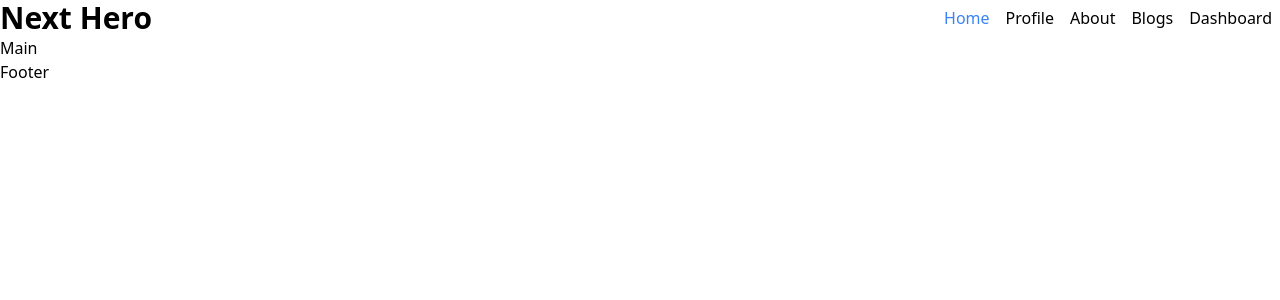
Repository: Wahid137/try-next-js
Page: /
The author's editor kept a copy of each file at every save. The page is drawn from the files as they stood at one save, then again after the next save.
The browser window is 1280 px wide. The pictures show the whole page.
The project was rebuilt for these pictures with package versions that can differ from the ones it lists, and the page was loaded fresh each time. The framework's server and built-in components were replaced by stand-ins that run in the browser. Also part of the build but not shown: next.config.js.

Above is the page before, as saved 2023-10-19 12:46:19.

### src/app/layout.js
import './globals.css'
import { Roboto } from 'next/font/google'

const roboto = Roboto({
  subsets: ['latin'],
  weight: ["100", "400", "500", "700"],
  variable: '--font-roboto'
})

export const metadata = {
  title: 'Try Next js',
  description: 'Try Next js',
}

const RootLayout = ({ children }) => {
  return (
    <html lang="en">
      <body className="{`${roboto.variable}`} font-roboto">

        {children}

      </body>
    </html>
  )
}

export default RootLayout;

### src/app/(with-layout)/layout.js
import Navbar from '@/components/Navbar';
import React from 'react';

const WithLayout = ({ children }) => {
    return (
        <div>
            <Navbar />
            {children}
            <footer>Footer</footer>
        </div>
    );
};

export default WithLayout;

### src/app/(with-layout)/page.js
import Image from 'next/image'

const HomePage = () => {
  return (
    <main>
      <h1>Main</h1>
    </main>
  )
}

export default HomePage;

### src/components/Navbar.jsx
import Link from "next/link";
import React from "react";
import NavLink from "./NavLink";
const navLinks = [
  {
    path: "/",
    title: "Home",
  },
  {
    path: "/profile",
    title: "Profile",
  },
  {
    path: "/about",
    title: "About",
  },
  {
    path: "/blogs",
    title: "Blogs",
  },
  {
    path: "/dashboard",
    title: "Dashboard",
  },
];

const Navbar = () => {
  return (
    <div>
      <nav className="flex items-center container mx-auto justify-between">
        <h1 className="text-3xl font-semibold">Next Hero</h1>
        <ul className="flex items-center justify-center">
          {navLinks.map(({ path, title }) => (
            <li className="mx-2" key={path}>
              <NavLink
                exact={path === "/"}
                activeClassName="text-blue-500"
                href={path}
              >
                {title}
              </NavLink>
            </li>
          ))}
        </ul>
      </nav>
    </div>
  );
};

export default Navbar;

### src/components/NavLink.jsx
"use client";

import classNames from "@/utils/classNames";
import Link from "next/link";
import { usePathname } from "next/navigation";
import React from "react";

const NavLink = ({
  children,
  exact = false,
  href,
  activeClassName,
  ...props
}) => {
  const path = usePathname();
  const active = exact ? path === href : path.startsWith(href);
  const classes = classNames(props.className, active && activeClassName);
  if (classes) {
    props.className = classes;
  }
  return (
    <Link href={href} {...props}>
      {children}
    </Link>
  );
};

export default NavLink;

### src/utils/classNames.js
const classNames = (...args) =>

    args.filter(Boolean).join(" ")




export default classNames;

### tailwind.config.js
/** @type {import('tailwindcss').Config} */
module.exports = {
  content: [
    './src/pages/**/*.{js,ts,jsx,tsx,mdx}',
    './src/components/**/*.{js,ts,jsx,tsx,mdx}',
    './src/app/**/*.{js,ts,jsx,tsx,mdx}',
  ],
  theme: {
    fontFamily: {
      roboto: "var(--font-roboto)",
    }
  },
  plugins: [],
}

Loaded but not shown: src/app/globals.css (common file)

After the next save:
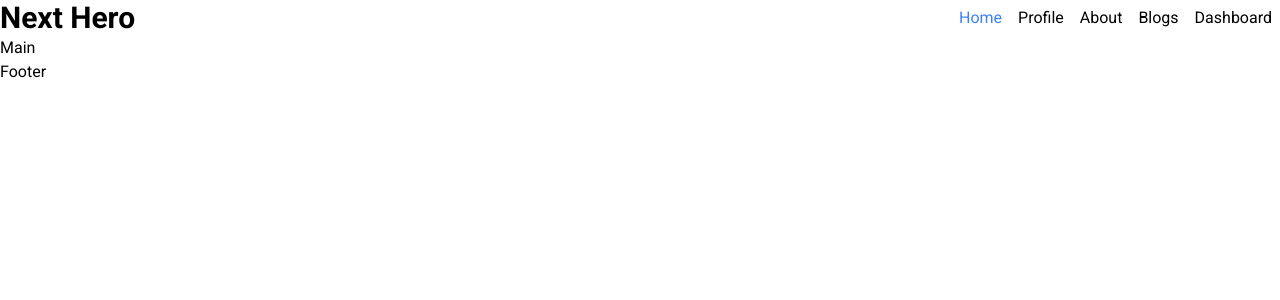
Saved 66 s later.
--- a/src/app/layout.js
+++ b/src/app/layout.js
@@ -15,7 +15,7 @@ export const metadata = {
 const RootLayout = ({ children }) => {
   return (
     <html lang="en">
-      <body className="{`${roboto.variable}`} font-roboto">
+      <body className={`${roboto.variable} font-roboto`} >
 
         {children}
 
